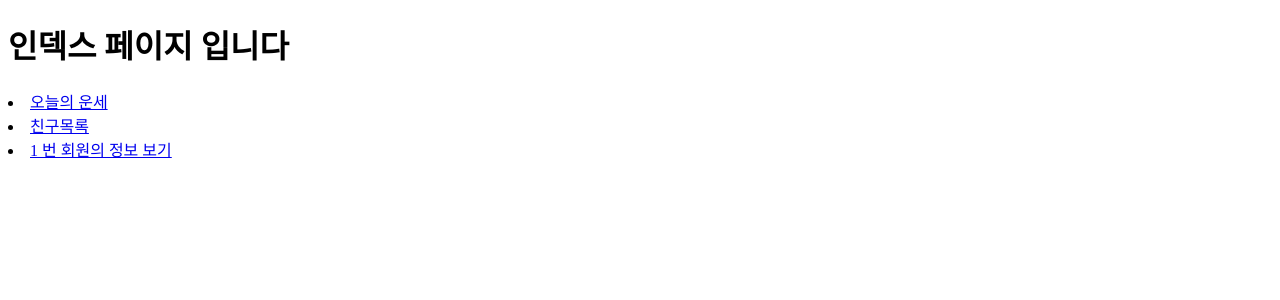
Repository: raehui/web_work
Page: Step01Servlet/src/main/webapp/index.html
The author's editor kept a copy of each file at every save. The page is drawn from the files as they stood at one save, then again after the next save.
The browser window is 1280 px wide. The pictures show the whole page.

Above is the page before, as saved 2025-01-03 06:38:08.

### Step01Servlet/src/main/webapp/index.html
<!DOCTYPE html>
<html>
<head>
<meta charset="UTF-8">
<title>index.html</title>
</head>
<body>
	<div class="container">
		<h1>인덱스 페이지 입니다</h1>
		<ui>
			<li><a href="fortune">오늘의 운세</a></li>
			<li><a href="friends">친구목록</a></li>
			<li><a href="member?num=1">1 번 회원의 정보 보기</a></li>
		</ui>
	</div>
</body>
</html>

After the next save:
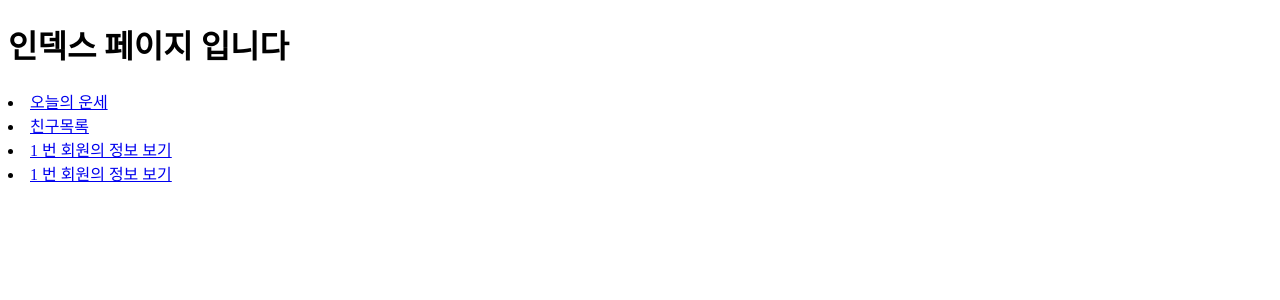
Saved 3 min 6 s later.
--- a/Step01Servlet/src/main/webapp/index.html
+++ b/Step01Servlet/src/main/webapp/index.html
@@ -11,6 +11,8 @@
 			<li><a href="fortune">오늘의 운세</a></li>
 			<li><a href="friends">친구목록</a></li>
 			<li><a href="member?num=1">1 번 회원의 정보 보기</a></li>
+			<li><a href="member/list">1 번 회원의 정보 보기</a></li>
+
 		</ui>
 	</div>
 </body>
